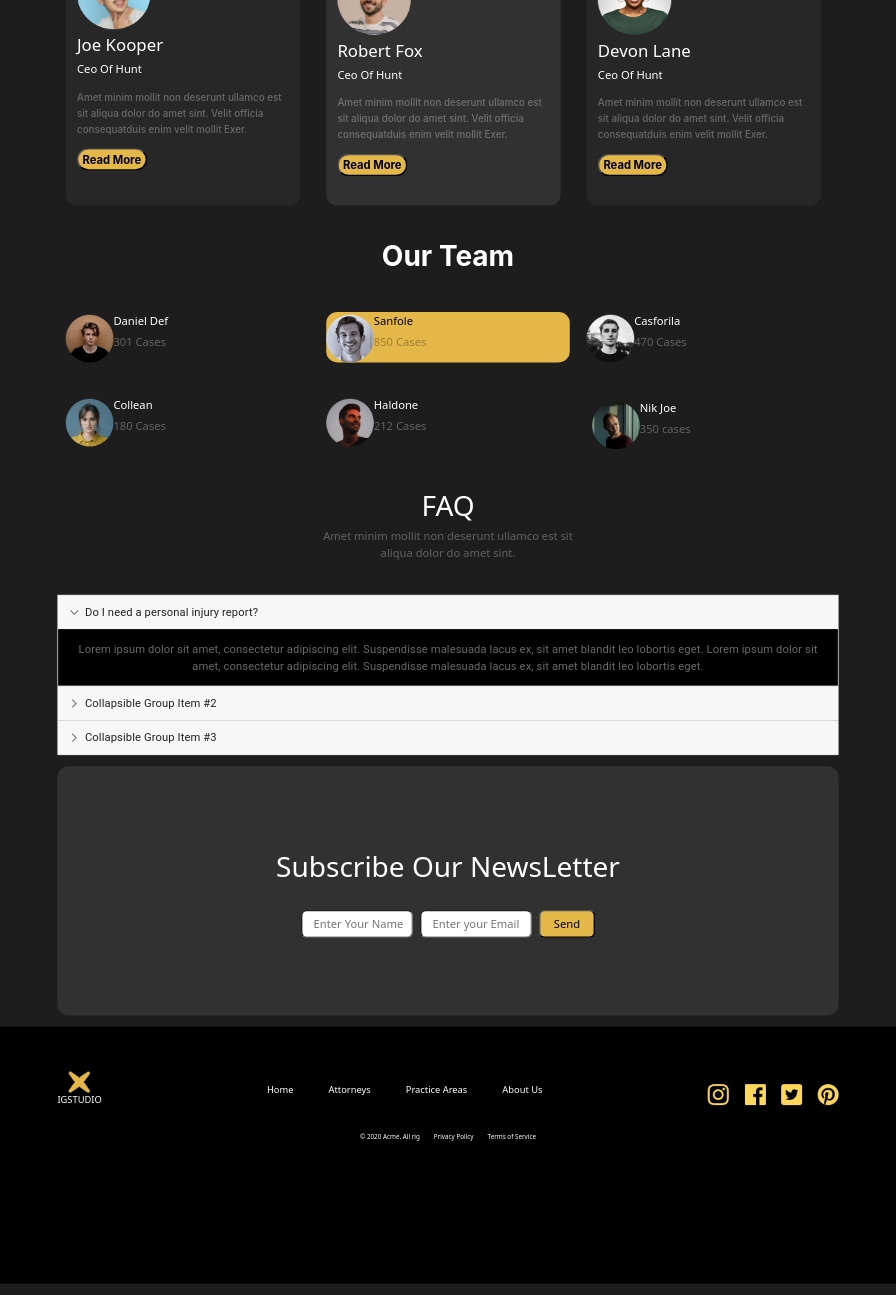
Repository: Senthil-Bala/LawFirm
Page: /
An editor plug-in stored every save of this project. The page is shown before and after a run of saves, followed by the edit.
The browser window is 1280 px wide. The pictures show the part of the page from y = 2384 to 4304 px (the page is 4234 px tall before and 4304 px after), at 70% of full size.
The project was rebuilt for these pictures with package versions that can differ from the ones it lists, and the page was loaded fresh each time. Also part of the build but not shown: src/App.css.

Above is the page before, as saved 2023-11-29 19:45:50.

### src/Components/Navbars/Navbar.jsx
import React from 'react'
import Studio from "../assests/logo.png";
import "./Navbar.css"

function Navbar() {
  return (
    <div className='navbar'>
        <div className="logo ">
            <img src={Studio} alt="Logo"/>
            <p>IGSTUDIO</p>
        </div>
        <div className="mid">
            <p>Home</p>
            <p>Attorneys</p>
            <p>Practice</p>
            <p>About Us</p>
        </div>
        <div className="btn">
            <button>Contact Now</button>
        </div>
    </div>
  )
}

export default Navbar

### src/Components/Heroess/HeroSection.jsx
import React from "react";
import "./HeroSection.css";
import Hero from "../assests/hero.png";
import Container from 'react-bootstrap/Container';
import Row from 'react-bootstrap/Row';
import Col from 'react-bootstrap/Col';
function HeroSection() {
  return (
    <div className="hero">
      <div className="contentLeft">
        <p id="mainHeading">You don’t have to Fight them Alone.</p>
        <p id="subHeading">
          Lorem ipsum dolor sit amet consectetur adipiscing elit blandit,
          curabitur sodales conubia ut inceptos faucibus himenaeos tortor eget,
          hac massa gravida arcu interdum proin curae.
        </p>
        <div className="d-flex">
        <input type="text" placeholder="Share your Email-Id" id="random"/>
        <button className="inBtn mx-2">Lets Talk</button>
        </div>
      </div>
      <div className="contentRight">
        <img src={Hero} alt="Hero" />
      </div>
    </div>

  //   <Container>
  //   <Row>
  //     <Col sm={12} md={6} lg={6} >
  //     <div className="contentLeft">
  //   <p id="mainHeading">You don’t have to Fight them Alone.</p>
  //        <p id="subHeading">
  //        Lorem ipsum dolor sit amet consectetur adipiscing elit blandit,
  //          curabitur sodales conubia ut inceptos faucibus himenaeos tortor eget,
  //          hac massa gravida arcu interdum proin curae.
  //        </p>
  //         <input type="text" placeholder="Share your Email-Id" />
  //     <button className="inBtn">Lets Talk</button>
  //      </div >
  //     </Col>
  //     <Col sm={12} md={6} lg={6}>
  //     <div className="contentRight mt-5">
  //       <img src={Hero} alt="Hero" />
  //    </div>
  //     </Col>
  //   </Row>

  // </Container>








  );
}

export default HeroSection;

### src/Components/Mainss/Main.jsx
import React from "react";
import "./Main.css";
import Container from 'react-bootstrap/Container';
import Row from 'react-bootstrap/Row';
import Col from 'react-bootstrap/Col';
function Main() {
  return (
    <div className="main">
    <div className="left">
        <p>Let’s Introduce <br /> Ourself</p>
    </div>
    {/* <div className="vertical-line"></div> */}
    <div className="right">
        <p id="heading">Criminal Lawyer</p>
        <p id="subHeading">
            Amet minim mollit non deserunt ullamco est sit aliqua dolor do amet
            sint. Velit officia consequatduis enim velit mollit Exercitation.
        </p>
    </div>
</div>



    //Grid layouts

  //   <Container className="mt-5 pt-5">
  //   <Row>
  //     <Col sm={12} md={6} lg={6}>
  //     <div className="left">
  //       <p>Let’s Introduce Ourself</p>
  //     </div>
  //     </Col>
  //     <Col  sm={12} md={6} lg={6}>
  //     <div className="right">
  //       <p id="heading">Criminal Lawyer</p>
  //       <p id="subHeading">
  //         Amet minim mollit non deserunt ullamco est sit aliqua dolor do amet
  //         sint. Velit officia consequatduis enim velit mollit Exercitation.
  //       </p>
  //     </div>
  //     </Col>
  //   </Row>

  // </Container>
  );
}

export default Main;

### src/Components/Practicsing/Practices.jsx
import React from "react";
import Container from "react-bootstrap/Container";
import Row from "react-bootstrap/Row";
import Col from "react-bootstrap/Col";
import Left from "../assests/left.png";
import Right from "../assests/right.png";
import "./Practices.css";

function Practices() {
  return (
    <div>
      <h1 className="text-center my-5 heading">Area of Practices</h1>

      <Container>
        <Row className="mt-3">
          <Col xs={12} sm={8}>
            <img src={Left} alt="Business law" className="left" />
            <p className="title">Business law</p>

          </Col>
          <Col xs={12} sm={4}>
            <img src={Right} alt="Partnership Law" className="right" />
            <p className="title">Partnership law</p>

          </Col>
        </Row>
        <Row className="mt-3">
        <Col xs={12} sm={4}>
            <img src={Right} alt="Partnership Law" className="right" />
            <p className="title">Real Estate law</p>
          </Col>
          <Col xs={12} sm={8}>
            <img src={Left} alt="Business law" className="left" />
            <p className="title">Business law</p>

          </Col>

        </Row>
        <Row className="mt-3">
          <Col xs={12} sm={8}>
            <img src={Left} alt="Business law" className="left" />
            <p className="title">LandLord Disruptes law</p>

          </Col>
          <Col xs={12} sm={4}>
            <img src={Right} alt="Partnership Law" className="right" />
            <p className="title">ELDER ABSUTE</p>

          </Col>
        </Row>
      </Container>
    </div>
  );
}

export default Practices;

### src/Components/Frequents/Faq.jsx
import React from "react";
import Accordionss from "./Accordionss"
import "./Faq.css"
function Faq() {
  return (
    <div className="text-center my-3">
      <div className="faq mt-5">
        <h1 className="m">FAQ</h1>
        <p className="faqContent">
          Amet minim mollit non deserunt ullamco est sit <br /> aliqua dolor do amet
          sint.
        </p>
      </div>
      <div className="accordions mt-5">
        <Accordionss/>
      </div>
    </div>
  );
}

export default Faq;

### src/Components/Subscribes/Subscribe.jsx
import React from 'react'
import "./Subscribe.css"
function Subscribe() {
  return (
    <div className='subscribes mt-3'>
    <div className="newsLetter">
<h1 className='text-center mt-2'>Subscribe Our NewsLetter</h1>
</div>
<div className="inputAndbutton">
    <input type="text" className='inputOne' placeholder='Enter Your Name'/>
    <input type="text" className='inputOne' placeholder='Enter your Email'/>
    <button id='send'>Send</button>
</div>
    </div>
  )
}

export default Subscribe

### src/Components/Footers/Footer.jsx
import React from 'react'
import "./Footer.css";
import logo from "../assests/logo.png";
import Group from "../assests/group.png"
function Footer() {
  return (
    <div className='footerDiv my-3'>
        <div className="firstDiv container text-center">
           <div className='logoDiv'>
            <img src={logo} alt="logo" />
            <p>IGSTUDIO</p>
           </div>
           <div className="mainDiv ">
            <p>Home</p>
            <p>Attorneys</p>
            <p>Practice Areas</p>
            <p>About Us</p>
           </div>
           <div>
            <img src={Group} alt="Icons" />
           </div>
        </div>
        <br />
        <div className="secondDiv  ">
            <p>© 2020 Acme. All rig</p>
            <p>Privacy Policy</p>
            <p>Terms of Service</p>
        </div>

    </div>
  )
}

export default Footer

### src/Components/Navbars/Navbar.css
.navbar {
    display: flex;
    justify-content: space-between;
    align-items: center;
    /* width: 100%;
    height: 3rem; */

}

.mid {
    display: flex;
    gap: 30px;
    font-family: Inter;
    text-align: center;
    justify-content: space-between;
    align-items: center;

}

.btn button {
    border: 2px solid #FFFFFF;
    background-color: #1D1D1D;
    color: #FFFFFF;
    /* justify-content: center;
    align-items: center; */
}

.logo {
    display: flex;
    justify-content: center;
    align-items: center;
    gap: 20px;
}

.logo img{
    height: 1rem;
}

### src/Components/Heroess/HeroSection.css
.hero {
    display: flex;
    justify-content: space-between;
    align-items: center;
    gap: 30px;
    font-family: Inter;

}

.contentLeft {
    margin-top: 5rem;
    display: flex;
    flex-direction: column;
    gap: 30px;
}

.contentRight {
    width: 467.71px;
    height: 467.71px;
}

.inBtn {
    background: rgba(227, 183, 72, 1);

    color: black;
    font-family: Inter;
    font-weight: bold;
    height: 3rem;
    padding: 1rem;
    display: flex;
    justify-content: center;
    align-items: center;
    border-radius: 3rem;
    text-align: center;
    /* position: absolute; */
    right: 58.5%;
    top: 77.5%;
    outline: 0;
}

#random{
    height: 3rem;
    padding: 1rem;
    border-radius: 3rem;
    width: 21rem;
    /* position: relative; */
    background-color:rgb(47, 50, 50);
    color: darkslategray;
    outline: 0;
}

#mainHeading {
    font-size: 66px;
    font-weight: 500;
    line-height: 97px;
    letter-spacing: 0em;
    text-align: left;

}

#subHeading {
    color: dimgrey;

}

### src/Components/Mainss/Main.css
.main {
    display: flex;
    justify-content: center;
    text-align: center;
    margin-top: 6rem;
}

.left {
    font-family: Inter;
    font-size: 54px;
    font-weight: 600;
    line-height: 87px;
    text-align: left;


}
/* Styling for the main container */
.main {
    display: flex;
    align-items: center;
}

/* Styling for the vertical line */
.vertical-line {
    border-left: 1px solid dimgray; /* Set color for the left border */
    height: 100px; /* Set height of the line */
    margin: 0 20px; /* Adjust margin as needed */
}



.right{
    display: flex;
    flex-direction: column;

}
#heading {
    font-family: Inter;
    font-size: 32px;
    font-weight: 600;
    line-height: 52px;
    letter-spacing: 0em;
    text-align: center;
    /* width: 475px;
    height: 155px; */

}
#subHeading{
    color: dimgrey;
    /* width: 475px;
height: 87px;

opacity: 0.3px; */

}

### src/Components/Box/Boxes.css
.box{
    margin-top: 6rem;
    text-align: center;
}
.chooseBox{
    display: flex;
    justify-content: space-between;
}
.box1,.box2,.box3{
    width: 335px;
height: 370px;
padding: 1rem;
text-align: left;
/* border: 2px solid; */
border-radius: 1rem;
background-color:rgb(40, 39, 39);

}
.box2{
    background: rgba(71, 71, 71, 0.5);

}
.small{
    font-family: Inter;
font-size: 14px;
font-weight: 500;
line-height: 23px;
letter-spacing: 0em;
text-align: left;
opacity: 30%;

}
.chip{
    background: rgba(227, 183, 72, 1);

    color: black;
    font-family: Inter;
    font-weight: bold;
    height: 2rem;
    /* padding: 1rem; */
    display: flex;
    justify-content: center;
    align-items: center;
    border-radius: 1.5rem;
    text-align: center;
}
.heading{
    font-family: Inter;
    font-weight: bold;

}

### src/Components/Practicsing/Practices.css
.left{
    width:35rem;
    height:12rem;
    text-transform: uppercase;
    position: relative;

}
.right{
    width:15rem;
    height:12rem;
    position: relative;

}
.title{
    position: absolute;
    bottom: 0px;
    left: 30%;
    text-align: center;
    text-transform: uppercase;
}

### src/Components/ClientSides/Clients.css
.arrows button{
    border-radius: 50%;
    height: 3rem;
    width: 3rem;
}
.rgt{
    background: rgba(227, 183, 72, 1);
}
.box2{
    background: rgba(71, 71, 71, 0.5);

}

### src/Components/Teamss/Team.css
.opac{
    opacity: 30%;
}

.sanfole{
    background: rgba(227, 183, 72, 1);
border-radius: 1rem;
color: black;

}

### src/Components/Frequents/Accordionss.jsx
import * as React from 'react';
import { styled } from '@mui/material/styles';
import ArrowForwardIosSharpIcon from '@mui/icons-material/ArrowForwardIosSharp';
import MuiAccordion from '@mui/material/Accordion';
import MuiAccordionSummary from '@mui/material/AccordionSummary';
import MuiAccordionDetails from '@mui/material/AccordionDetails';
import Typography from '@mui/material/Typography';
import "./Accordionss.css"
const Accordion = styled((props) => (
  <MuiAccordion disableGutters elevation={0} square {...props} />
))(({ theme }) => ({
  border: `1px solid ${theme.palette.divider}`,
  '&:not(:last-child)': {
    borderBottom: 0,
  },
  '&:before': {
    display: 'none',
  },
}));

const AccordionSummary = styled((props) => (
  <MuiAccordionSummary
    expandIcon={<ArrowForwardIosSharpIcon sx={{ fontSize: '0.9rem' }} />}
    {...props}
  />
))(({ theme }) => ({
  backgroundColor:
    theme.palette.mode === 'dark'
      ? 'rgba(255, 255, 255, .05)'
      : 'rgba(0, 0, 0, .03)',
  flexDirection: 'row-reverse',
  '& .MuiAccordionSummary-expandIconWrapper.Mui-expanded': {
    transform: 'rotate(90deg)',
  },
  '& .MuiAccordionSummary-content': {
    marginLeft: theme.spacing(1),
  },
}));

const AccordionDetails = styled(MuiAccordionDetails)(({ theme }) => ({
  padding: theme.spacing(2),
  borderTop: '1px solid rgba(0, 0, 0, .125)',
}));

export default function CustomizedAccordions() {
  const [expanded, setExpanded] = React.useState('panel1');

  const handleChange = (panel) => (event, newExpanded) => {
    setExpanded(newExpanded ? panel : false);
  };

  return (
    <div>
      <Accordion expanded={expanded === 'panel1'} onChange={handleChange('panel1')}>
        <AccordionSummary aria-controls="panel1d-content" id="panel1d-header">
          <Typography>Do I need a personal injury report?</Typography>
        </AccordionSummary>
        <AccordionDetails className='details'>
          <Typography>
            Lorem ipsum dolor sit amet, consectetur adipiscing elit. Suspendisse
            malesuada lacus ex, sit amet blandit leo lobortis eget. Lorem ipsum dolor
            sit amet, consectetur adipiscing elit. Suspendisse malesuada lacus ex,
            sit amet blandit leo lobortis eget.
          </Typography>
        </AccordionDetails>
      </Accordion>
      <Accordion expanded={expanded === 'panel2'} onChange={handleChange('panel2')}>
        <AccordionSummary aria-controls="panel2d-content" id="panel2d-header">
          <Typography>Collapsible Group Item #2</Typography>
        </AccordionSummary>
        <AccordionDetails className='details'>
          <Typography>
            Lorem ipsum dolor sit amet, consectetur adipiscing elit. Suspendisse
            malesuada lacus ex, sit amet blandit leo lobortis eget. Lorem ipsum dolor
            sit amet, consectetur adipiscing elit. Suspendisse malesuada lacus ex,
            sit amet blandit leo lobortis eget.
          </Typography>
        </AccordionDetails>
      </Accordion>
      <Accordion expanded={expanded === 'panel3'} onChange={handleChange('panel3')}>
        <AccordionSummary aria-controls="panel3d-content" id="panel3d-header">
          <Typography>Collapsible Group Item #3</Typography>
        </AccordionSummary>
        <AccordionDetails className='details'>
          <Typography>
            Lorem ipsum dolor sit amet, consectetur adipiscing elit. Suspendisse
            malesuada lacus ex, sit amet blandit leo lobortis eget. Lorem ipsum dolor
            sit amet, consectetur adipiscing elit. Suspendisse malesuada lacus ex,
            sit amet blandit leo lobortis eget.
          </Typography>
        </AccordionDetails>
      </Accordion>
    </div>
  );
}

### src/Components/Frequents/Faq.css
.faqContent{
    opacity: 30%;
}

### src/Components/Subscribes/Subscribe.css
.subscribes{
height: 356px;
background: rgba(71, 71, 71, 0.5);
display: flex;
flex-direction: column;
justify-content: center;
align-items: center;
border-radius: 1rem;
gap: 30px;
}
#send{
    background: rgba(227, 183, 72, 1);
    height: 2.5rem;
    width: 5rem;
    border-radius: 0.5rem;

}
.inputOne{
    width: 10rem;
    height: 2.5rem;
    border-radius: 0.5rem;
    padding-left: 1rem;

}
.inputAndbutton{
display: flex;
justify-content: space-between;
gap: 10px;
}

### src/Components/Footers/Footer.css
.footerDiv{

height: 367px;
/* border: 1px solid white; */
display: flex;
flex-direction: column;
font-size: smaller;
background-color: black;
/* width: 100%; */


}
.firstDiv{
    display: flex;
    justify-content: space-between;
    align-items: center;
    margin-top: 4rem;
}
.mainDiv{
    display: flex;
    justify-content: center;
    /* align-items: center; */
    gap:50px;
}
.secondDiv{
    display: flex;
    justify-content: center;
    align-items: center;
    gap:20px;
    /* margin-top: 2rem; */
    font-size: xx-small;

}

### src/Components/Frequents/Accordionss.css
.details{
    background-color: black;
    color: dimgrey;
}

.head{
    background-color: black;
    color: white;
}

Loaded but not shown: public/index.html (common file); src/index.js (common file); src/index.css (common file); src/reportWebVitals.js (common file); src/App.js (34 lines, source omitted); src/Components/ClientSides/Clients.jsx (99 lines, source omitted); src/Components/Box/Boxes.jsx (87 lines, source omitted); src/Components/Teamss/Team.jsx (87 lines, source omitted)

After the next 2 saves:
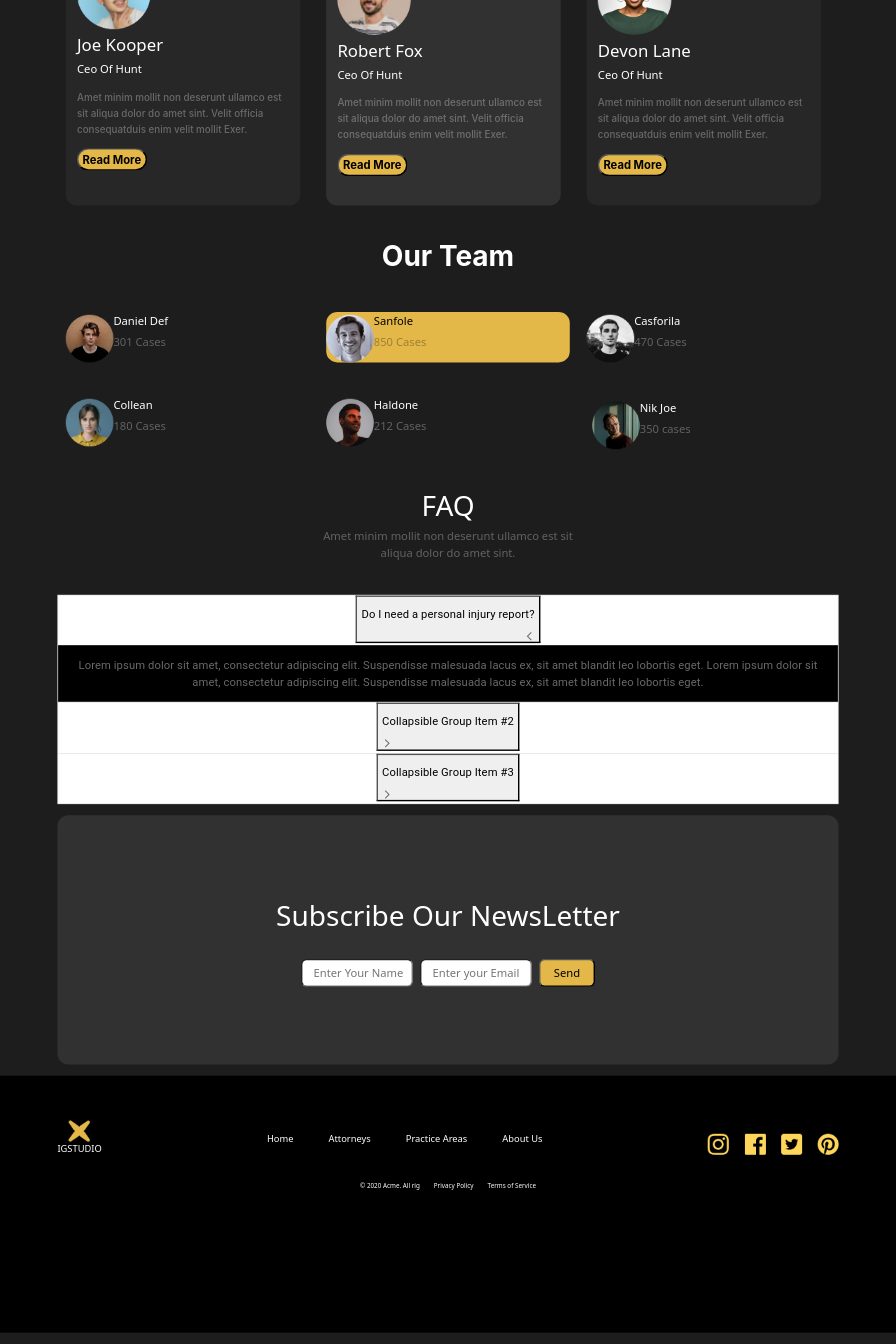
The 2 saves are shown as one change because they came seconds apart.
The last was saved 49 s later.
--- a/src/Components/Frequents/Accordionss.jsx
+++ b/src/Components/Frequents/Accordionss.jsx
@@ -52,7 +52,7 @@
   return (
     <div>
       <Accordion expanded={expanded === 'panel1'} onChange={handleChange('panel1')}>
-        <AccordionSummary aria-controls="panel1d-content" id="panel1d-header">
+        <AccordionSummary aria-controls="panel1d-content" id="panel1d-header" class>
           <Typography>Do I need a personal injury report?</Typography>
         </AccordionSummary>
         <AccordionDetails className='details'>
@@ -65,7 +65,7 @@
         </AccordionDetails>
       </Accordion>
       <Accordion expanded={expanded === 'panel2'} onChange={handleChange('panel2')}>
-        <AccordionSummary aria-controls="panel2d-content" id="panel2d-header">
+        <AccordionSummary aria-controls="panel2d-content" id="panel2d-header" class>
           <Typography>Collapsible Group Item #2</Typography>
         </AccordionSummary>
         <AccordionDetails className='details'>
@@ -78,7 +78,7 @@
         </AccordionDetails>
       </Accordion>
       <Accordion expanded={expanded === 'panel3'} onChange={handleChange('panel3')}>
-        <AccordionSummary aria-controls="panel3d-content" id="panel3d-header">
+        <AccordionSummary aria-controls="panel3d-content" id="panel3d-header" class>
           <Typography>Collapsible Group Item #3</Typography>
         </AccordionSummary>
         <AccordionDetails className='details'>

After the save that followed:
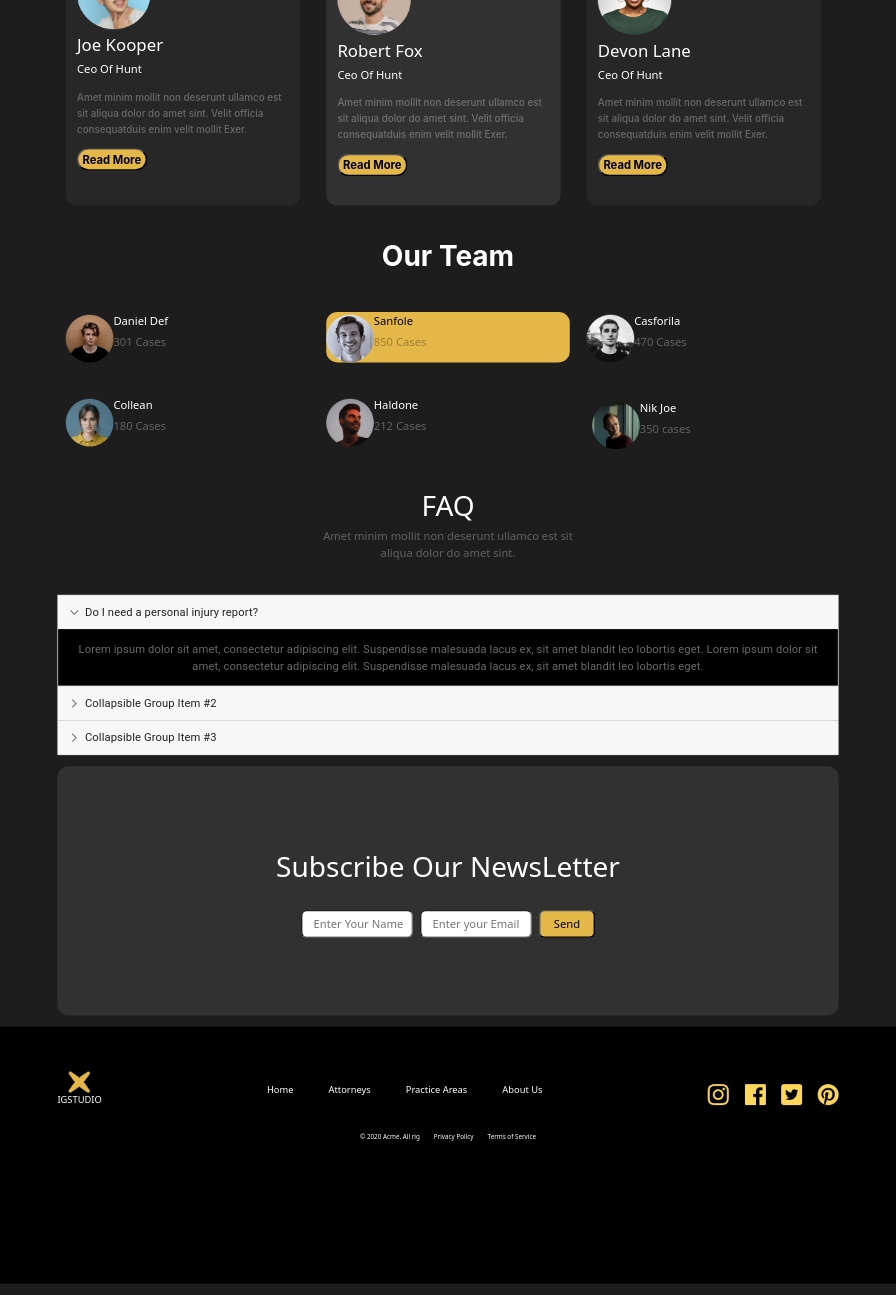
Saved 6 s later.
--- a/src/Components/Frequents/Accordionss.jsx
+++ b/src/Components/Frequents/Accordionss.jsx
@@ -52,7 +52,7 @@
   return (
     <div>
       <Accordion expanded={expanded === 'panel1'} onChange={handleChange('panel1')}>
-        <AccordionSummary aria-controls="panel1d-content" id="panel1d-header" class>
+        <AccordionSummary aria-controls="panel1d-content" id="panel1d-header" className>
           <Typography>Do I need a personal injury report?</Typography>
         </AccordionSummary>
         <AccordionDetails className='details'>
@@ -65,7 +65,7 @@
         </AccordionDetails>
       </Accordion>
       <Accordion expanded={expanded === 'panel2'} onChange={handleChange('panel2')}>
-        <AccordionSummary aria-controls="panel2d-content" id="panel2d-header" class>
+        <AccordionSummary aria-controls="panel2d-content" id="panel2d-header" className>
           <Typography>Collapsible Group Item #2</Typography>
         </AccordionSummary>
         <AccordionDetails className='details'>
@@ -78,7 +78,7 @@
         </AccordionDetails>
       </Accordion>
       <Accordion expanded={expanded === 'panel3'} onChange={handleChange('panel3')}>
-        <AccordionSummary aria-controls="panel3d-content" id="panel3d-header" class>
+        <AccordionSummary aria-controls="panel3d-content" id="panel3d-header" className>
           <Typography>Collapsible Group Item #3</Typography>
         </AccordionSummary>
         <AccordionDetails className='details'>
